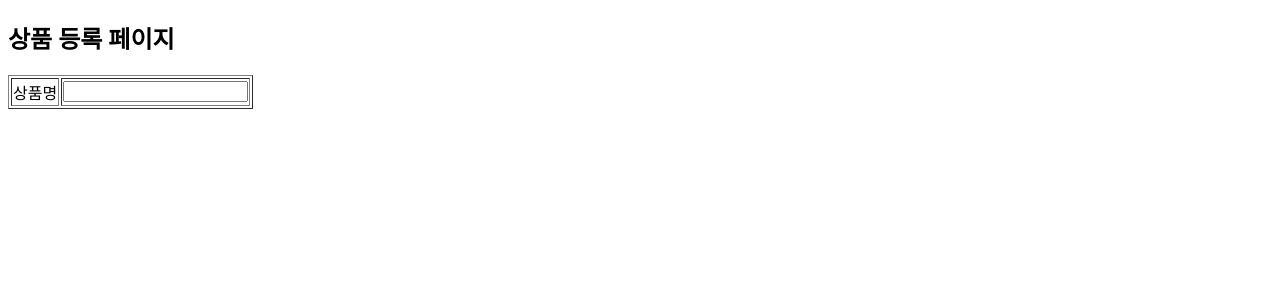
Repository: shinymusket/ideal-memory2
Page: http://localhost/homework08/productReg.jsp
The author's editor kept a copy of each file at every save. The page is drawn from the files as they stood at one save, then again after the next save.
The browser window is 1280 px wide. The pictures show the whole page.
The page is served by Tomcat 9. Other server files are loaded and not shown.

Above is the page before, as saved 2022-06-17 00:43:47.

### homework08/WebContent/productReg.jsp
<%@ page language="java" contentType="text/html; charset=UTF-8"
    pageEncoding="UTF-8"%>
<!DOCTYPE html>
<html>
<head>
<meta charset="UTF-8">
<title>상품 등록 페이지</title>
</head>
<body>
	<h2>상품 등록 페이지</h2>
	<table border="1">
		<form action="PRS" method="post">
			<tr>
				<td>상품명</td>
				<td>
					<input type="text" name="name">
				</td>
			</tr>

		</form>
	</table>
</body>
</html>

After the next save:
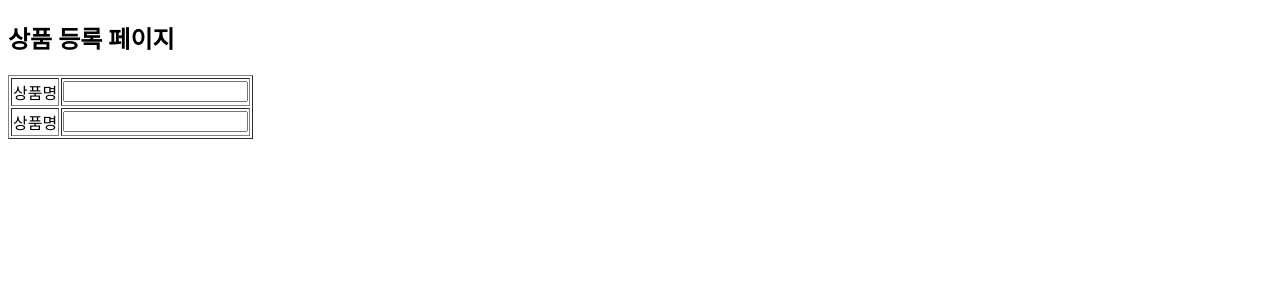
Saved 11 s later.
--- a/homework08/WebContent/productReg.jsp
+++ b/homework08/WebContent/productReg.jsp
@@ -16,6 +16,12 @@
 					<input type="text" name="name">
 				</td>
 			</tr>
+			<tr>
+				<td>상품명</td>
+				<td>
+					<input type="text" name="name">
+				</td>
+			</tr>
 
 		</form>
 	</table>
